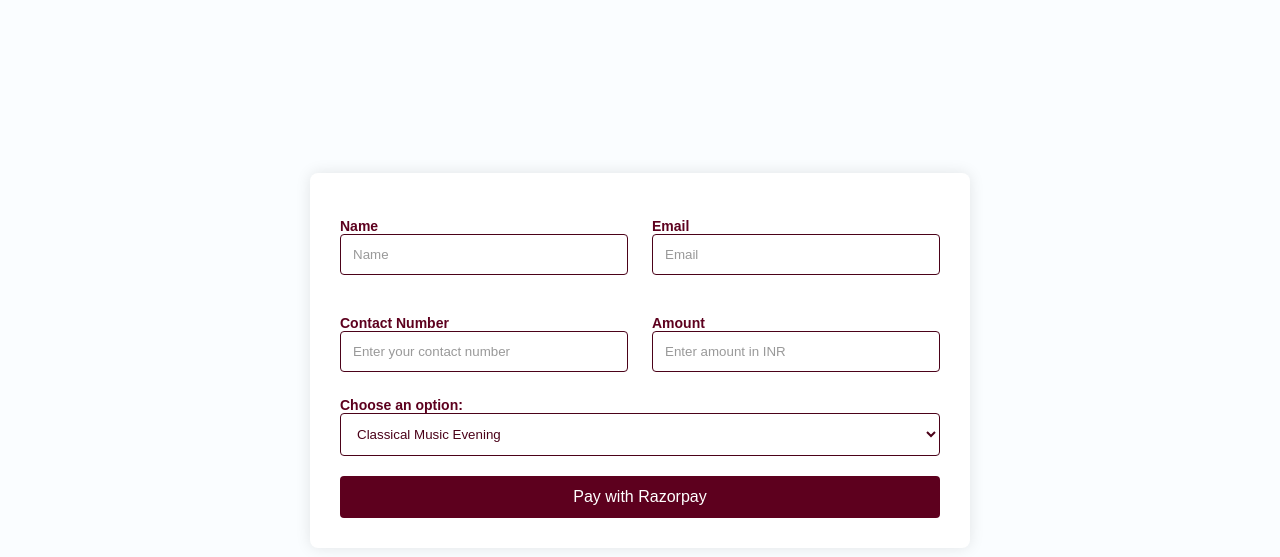
Repository: SharonSebastian32/razorpaypaymentgateway_implementation
Page: bookEventpage.html
An editor plug-in stored every save of this project. The page is shown before and after the next save, followed by the edit.
The browser window is 1280 px wide. The pictures show the whole page.

Above is the page before, as saved 2024-08-10 09:14:09.

### bookEventpage.html
<!DOCTYPE html>
<html lang="en">
  <head>
    <meta charset="UTF-8" />
    <meta name="viewport" content="width=device-width, initial-scale=1.0" />
    <title>Razorpay Payment Integration</title>
    <link rel="stylesheet" href="./Styles/css/paymentForm.css" />
  </head>
  <body>

    <div
      data-aos="flip-left"
      data-aos-easing="ease-out-cubic"
      data-aos-duration="2000"
    >
      <form id="paymentForm">
        <div class="form-row">
          <div class="form-group">
            <label for="">Name</label>
            <input
              type="text"
              id="name"
              placeholder="Name"
              required
            />
          </div>
          <div class="form-group">
            <label for="">Email</label>

            <input
              type="email"
              id="email"
              placeholder="Email"
              required
            />
          </div>
        </div>
        <div class="form-row">
          <div class="form-group">
            <label for="">Contact Number</label>

            <input
              type="text"
              id="contact"
              placeholder="Enter your contact number"
              required
            />
          </div>
          <div class="form-group">
            <label for="">Amount</label>
            <input
              type="text"
              id="amount"
              placeholder="Enter amount in INR"
              required
            />
          </div>
        </div>
        <label for="choices">Choose an option:</label>
        <select id="choices" name="choices">
          <!-- Options will be dynamically generated here -->
        </select>
        <button id="rzp-button1" type="submit">Pay with Razorpay</button>
      </form>
    </div>
    <script src="https://unpkg.com/aos@2.3.1/dist/aos.js"></script>

    <!--------------------------paymentGatewayScripts--------------->
    <script src="./Script/paymentGateway.js"></script>

    <!--------------------------razorpayScript ---------------------->
    <script src="https://checkout.razorpay.com/v1/checkout.js"></script>
  </body>
</html>

### Styles/css/paymentForm.css
 :root {
     --primary-pink: #5d001e;
     --light-blue: #e8f0fe;
     --dark-pink: #4b0219;
     --white: #ffffff;
     --light-gray: #f1f3f4;
 }

 body {
     font-family: Arial, sans-serif;
     background-color: #fafdff;
     display: flex;
     justify-content: center;
     align-items: center;
     height: 100vh;
     margin: 0;
 }

 h2 {
     text-align: center;
     color: var(--primary-pink);
     margin-bottom: 20px;
 }

 #paymentForm {
     background-color: var(--white);
     padding: 30px;
     border-radius: 8px;
     box-shadow: 0 0 15px rgba(14, 0, 0, 0.1);
     width: 600px;
 }

 .form-row {
     display: flex;
     justify-content: space-between;
     margin-bottom: 15px;
     flex-wrap: wrap;
 }

 .form-group {
     flex: 0 0 48%;
     min-width: 48%;
     margin-bottom: 10px;
 }

 input,
 select {
     width: 100%;
     padding: 12px;
     border: 1px solid var(--dark-pink);
     border-radius: 4px;
     box-sizing: border-box;
     background-color: var(--white);
     color: var(--dark-pink);
     transition: border-color 0.3s ease;
 }

 input:focus,
 select:focus {
     outline: none;
     border-color: var(--primary-pink);
 }

 input::placeholder {
     color: #999;
 }

 label {
     display: block;
     margin-top: 15px;
     color: var(--primary-pink);
     font-weight: 600;
     font-size: 14px;
 }

 #rzp-button1 {
     width: 100%;
     padding: 12px;
     background-color: var(--primary-pink);
     color: var(--white);
     border: none;
     border-radius: 4px;
     cursor: pointer;
     font-size: 16px;
     margin-top: 20px;
     transition: background-color 0.3s ease;
 }

 #rzp-button1:hover {
     background-color: var(--dark-pink);
 }

 /* Mobile responsive styles */
 @media only screen and (max-width: 600px) {
     #paymentForm {
         width: 90%;
         padding: 20px;
     }

     .form-group {
         flex: 0 0 100%;
         min-width: 100%;
         margin-bottom: 15px;
     }

     label {
         margin-top: 10px;
         font-size: 13px;
     }

     input,
     select {
         padding: 10px;
         font-size: 14px;
     }

     #rzp-button1 {
         font-size: 14px;
         padding: 10px;
     }
 }

### Script/paymentGateway.js
document.getElementById("paymentForm").addEventListener("submit", function (e) {
  e.preventDefault();
  var name = document.getElementById("name").value;
  var email = document.getElementById("email").value;
  var contact = document.getElementById("contact").value;
  var amount = document.getElementById("amount").value * 100;

  var options = {
    key: "rzp_test_gCzBTQcb92KH3e",
    amount: amount.toString(),
    currency: "INR",
    name: "Ozwalz Events",
    description: "Thank You for booking event with Ozwalz Events",
    image: "./assets/images/logo.png",

    handler: function (response) {
      // Handle successful payment response
      console.log(response);
      alert("Payment Successful");

      // Clear the form after successful payment
      document.getElementById("paymentForm").reset();
    },

    prefill: {
      name: name,
      email: email,
      contact: contact,
    },
    notes: {
      description: "Thank You for booking event with Ozwalz Events",
    },
    theme: {
      color: "##5D001E",
    },
  };

  var rzp1 = new Razorpay(options);
  rzp1.open();
});

// API FOR FETCHING EVENTNAME

let eventData;

fetch("./JSON/event.json")
  .then((response) => response.json())
  .then((data) => {
    eventData = data;

    // Populate the select element with event names
    const selectElement = document.getElementById("choices");
    data.forEach((event) => {
      const option = document.createElement("option");
      option.value = event.id;
      option.text = event.eventName;
      selectElement.add(option);
    });

    // Add event listener to the select element
    selectElement.addEventListener("change", updatePriceInput);
  })
  .catch((error) => console.error("Error:", error));

function updatePriceInput() {
  const selectedEventId = document.getElementById("choices").value;
  const selectedEvent = eventData.find((event) => event.id === selectedEventId);

  if (selectedEvent) {
    document.getElementById("amount").value = selectedEvent.price.basePrice;
  } else {
    document.getElementById("amount").value = "";
  }
}

Loaded but not shown: JSON/event.json (899 lines, source omitted)

After the next save:
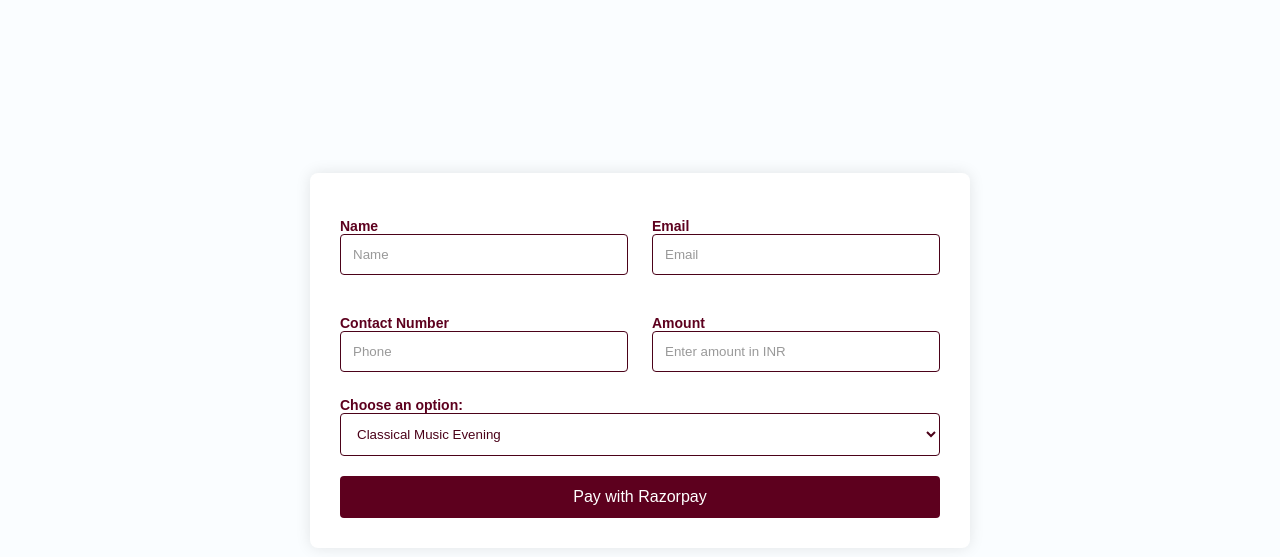
Saved 11 s later.
--- a/bookEventpage.html
+++ b/bookEventpage.html
@@ -42,7 +42,7 @@
             <input
               type="text"
               id="contact"
-              placeholder="Enter your contact number"
+              placeholder="Phone"
               required
             />
           </div>
